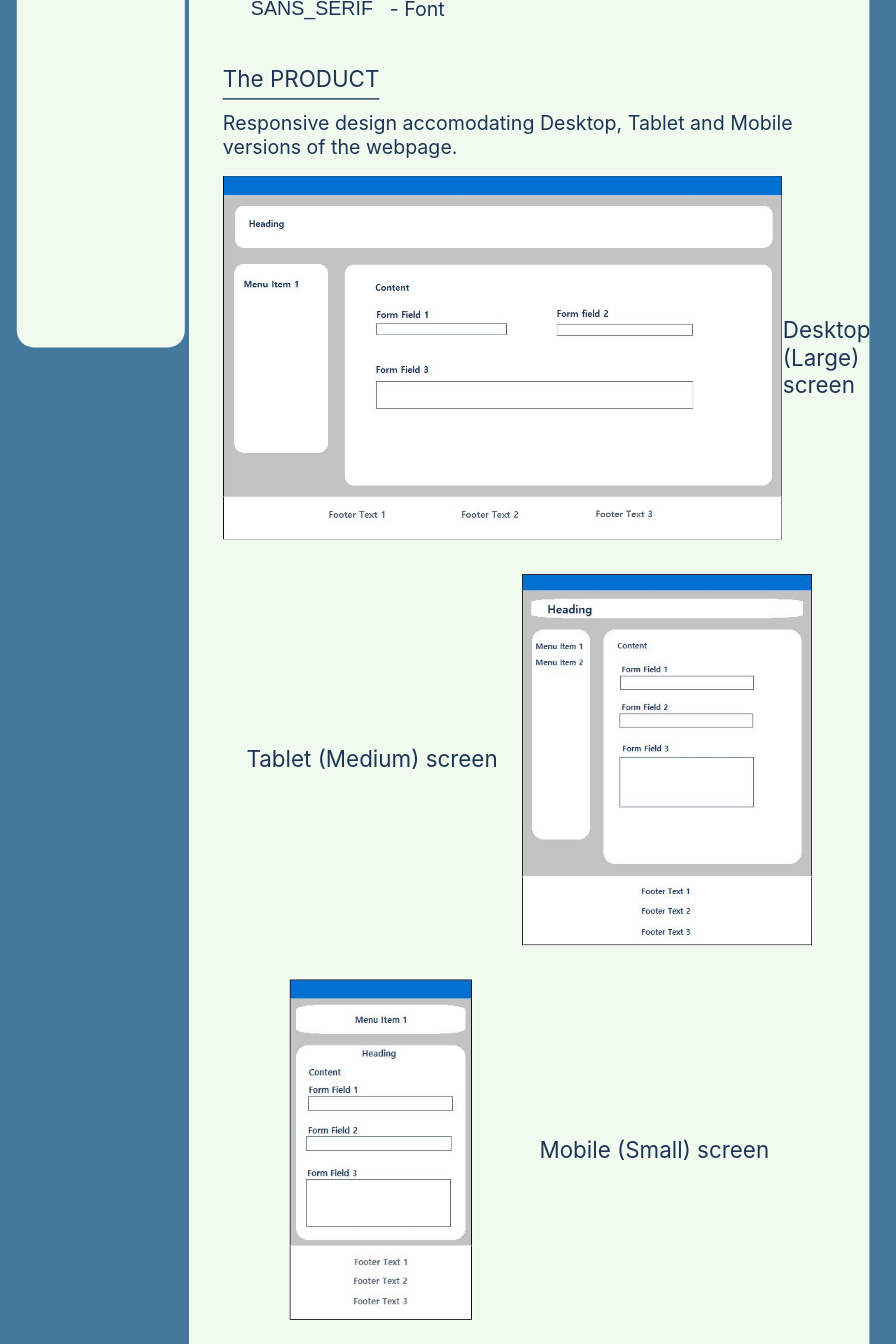
Repository: niranjangp/portfolioReact
Page: /cs-one
These files come from the project's save history. The page is drawn as it stood at one moment and after the next save; the edit follows.
The browser window is 1280 px wide. The pictures show the part of the page from y = 816 to 2736 px (the page is 3783 px tall before and 3627 px after), at 70% of full size.
The project was rebuilt for these pictures with package versions that can differ from the ones it lists, and the page was loaded fresh each time. Also part of the build but not shown: src/pages/enterDesign.jsx, src/pages/csTwo.jsx, src/pages/csThree.jsx, src/pages/csFour.jsx, src/pages/notFound.jsx.

Above is the page before, as saved 2022-02-02 03:15:27.

After the next save:
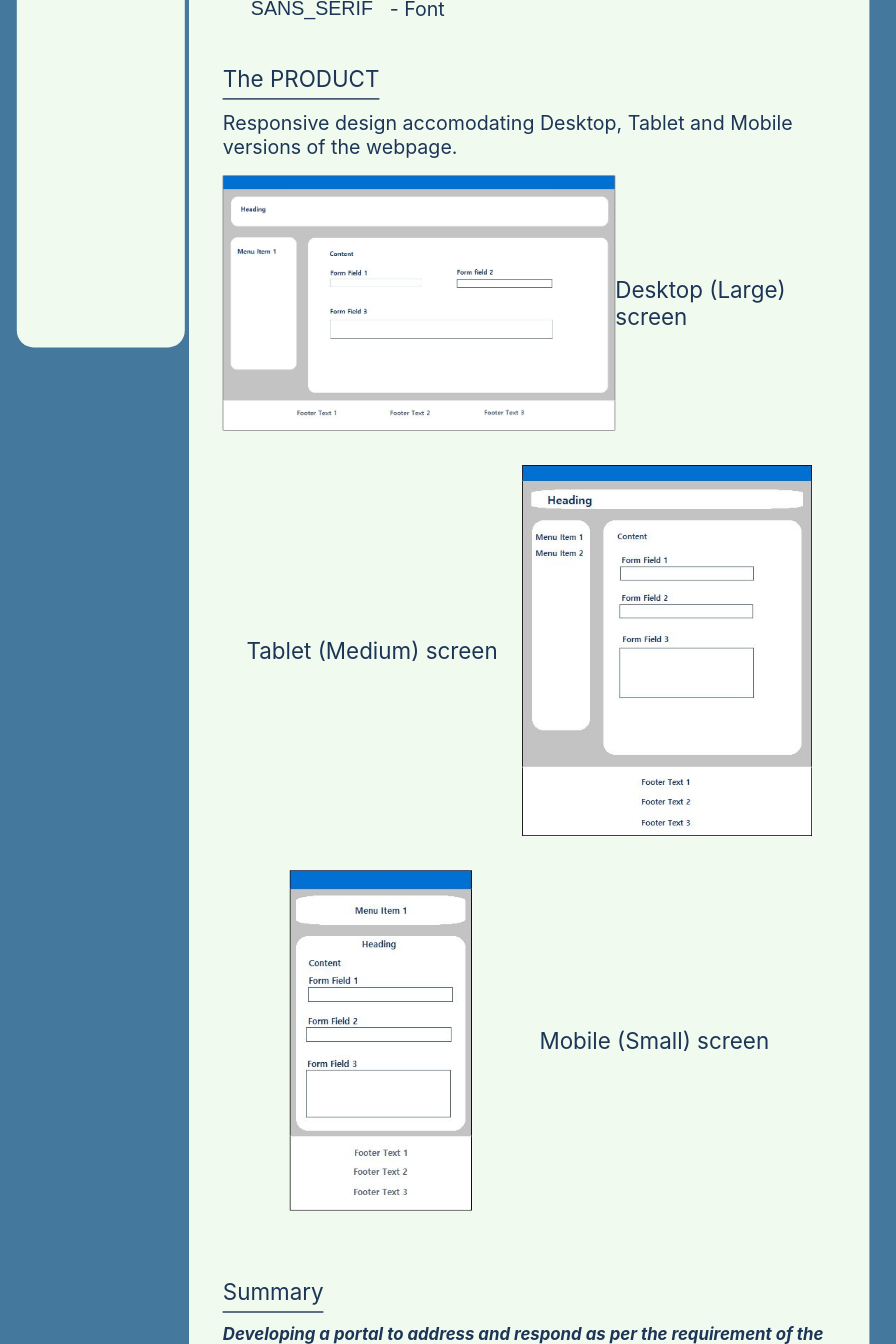
Saved 18 min 52 s later.
--- a/src/App.css
+++ b/src/App.css
@@ -284,7 +284,8 @@ footer {
 }
 
 .mrDesk {
-  width: 800px;
+  /*width: 800px;*/
+  width: 64%;
 }
 
 .last-text {
@@ -388,11 +389,13 @@ footer {
   padding: 24px;
   font-size: 32px;
   color: #00afb9;
+  width: 40%;
 }
 
 .expIcon {
   margin: 64px 0;
-  width: 900px;
+  /*width: 900px;*/
+  width: 60%;
 }
 
 .last .exp-para {
@@ -449,6 +452,9 @@ footer {
   padding-bottom: 2rem;
 }
 
+.avtr-img {
+  width: 90%;
+}
 
 /*.containerOne {
   background-color: #F1FAEE;
